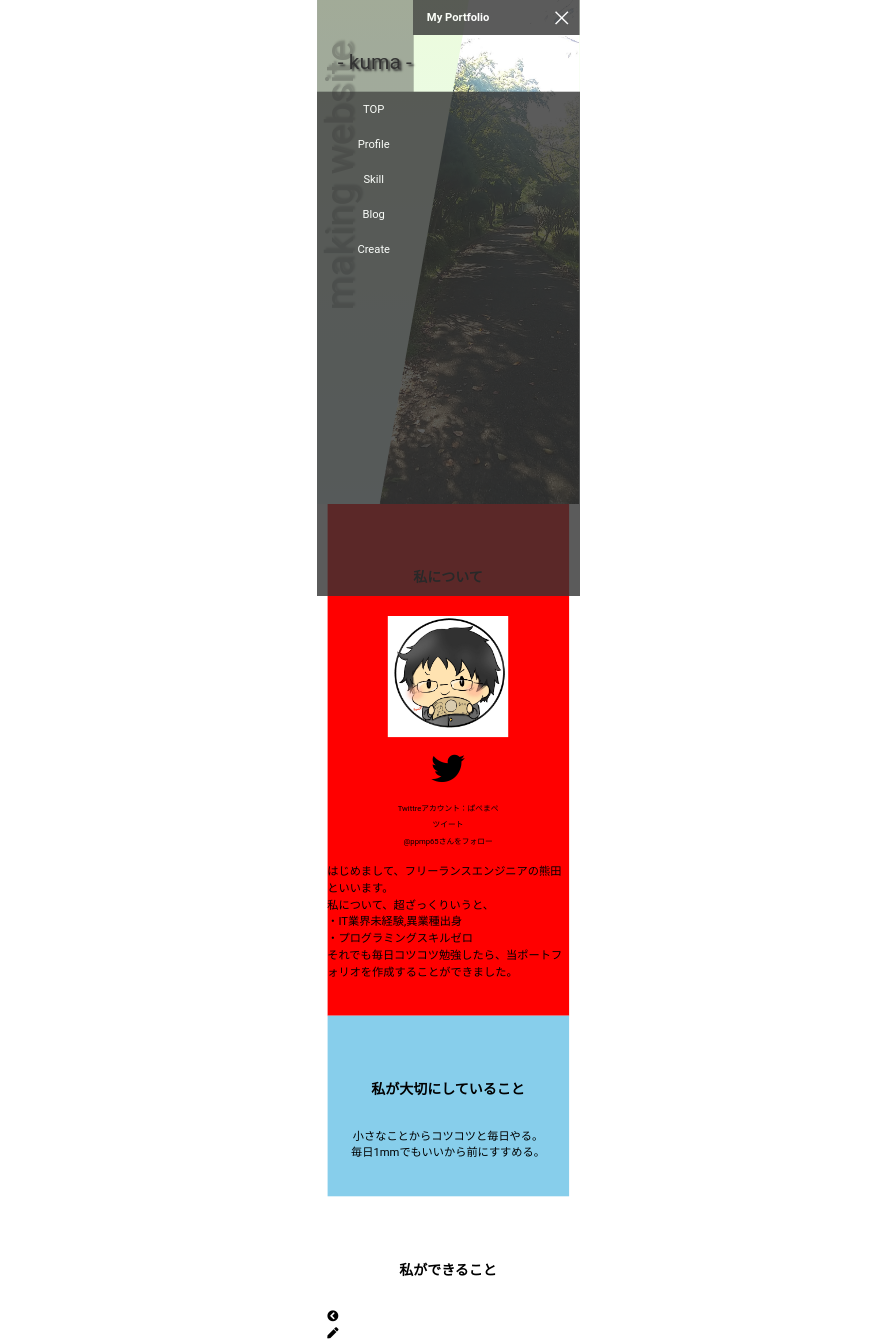
Repository: ppmp556/portfolio6
Page: index copy.html
These files come from the project's save history. The page is drawn as it stood at one moment and after the next save; the edit follows.
The browser window is 1280 px wide. The pictures show the part of the page from y = 0 to 1920 px (the page is 3189 px tall), at 70% of full size.
After loading, the first visible `#nav_toggle` was clicked once.
Some web libraries are served in a nearby version. The style sheet was rebuilt from its Sass, Less or Tailwind sources for each picture, by a compiler version that may differ from the author's.

Above is the page before, as saved 2020-10-13 16:47:07.
Console error: TypeError: Cannot read properties of null (reading 'addEventListener')

### index copy.html
<!DOCTYPE html>
<html ja>
  <head>
    <meta charset="utf-8" />
    <meta
      name="viewport"
      content="width=device-width, initial-scale=1.0, maximum-scale=1.0, minimum-scale=1.0"
    />
    <title>ポートフォリオ</title>
    <link rel="stylesheet" href="css/faundation.css" />
    <link rel="stylesheet" href="css/main.css" />
    <link
      href="https://use.fontawesome.com/releases/v5.6.1/css/all.css"
      rel="stylesheet"
    />
    <script src="https://ajax.googleapis.com/ajax/libs/jquery/3.4.1/jquery.min.js"></script>
  </head>

  <body>
    <div class="container">

      <div class="kv" id="kv">
        <div class="kv_container">
          <img src="images/道.jpg" alt="" class="kv_img">


          <!-- <img src="/images/3566338_s.jpg" alt="" class="kv_img"> -->
          <!-- <img src="/images/3566338_s.jpg" alt="" class="kv_img"> -->
          <!-- <img src="/images/3566338_s.jpg" alt="" class="kv_img"> -->
          <!-- <img src="/images/3566338_s.jpg" alt="" class="kv_img"> -->

          <div class="kv_wrapper line">
            <p class="kv_animetype">
                <!-- ポートフォリオ<span class="line_type">|</span> -->
            </p><!-- /.kv_animetype -->

          </div><!-- /.kv_wrapper -->
        </div><!-- /.kv_container -->
      </div>
      <!-- /#kv.kv -->

      <header class="header" id="top">
        <div class="header_inner flex">
          <h1 class="header_ttl"><a href="index.html">My Portfolio</a></h1>
          <!-- /.header_ttl -->

          <nav class="nav">
            <!-- ハンバーガーメニュー部分 -->

            <div class="nav_ham" id="nav_toggle">
              <span class="nav_line tg1"></span>
              <span class="nav_line tg2"></span>
              <span class="nav_line tg3"></span>
            </div>
            <!-- ハンバーガーメニューここまで -->

            <ul class="nav_list flex">
              <div class="nav_inner">
                <li class="nav_item">
                  <a href="#Top" class="nav_link">TOP</a>
                </li>
                <!-- /.nav_item -->
                <li class="nav_item">
                  <a href="#about" class="nav_link">Profile</a>
                </li>
                <!-- /.nav_item -->
                <li class="nav_item">
                  <a href="#skill" class="nav_link">Skill</a>
                </li>
                <!-- /.nav_item -->
                <li class="nav_item">
                  <a href="#blog" class="nav_link">Blog</a>
                </li>
                <!-- /.nav_item -->
                <li class="nav_item">
                  <a href="#create" class="nav_link">Create</a>
                </li>
                <!-- /.nav_item -->
              </div><!-- /.nav_inner -->
            </ul>
            <!-- /.nav_list -->
          </nav>
          <!-- /.nav -->
        </div><!-- /.header_inner -->
      </header>
      <!-- /.header -->



      <main class="main_container">
        <div class="inner">

          <section class="about" id="about">
            <h2 class="section_ttl">私について</h2>
            <!-- /.section_ttl -->

            <div class="section_inner">
              <div class="about_left">
                <div class="about_imgbox">
                  <img src="images/アイコン.jpg" alt="" class="about_img">
                  <div class="about_share">
                    <a href="" class="about_share_icon">
                      <i class="fab fa-twitter fa-3x share"></i>
                      <p class="about_sharetxt">Twittreアカウント：ぱぺまぺ</p>
                      <!-- /.about_sharetxt --> </a
                    ><!-- /.about_share_icon -->
                      <br>
                    <a
                      href="https://twitter.com/share"
                      class="twitter_share_button"
                      data-via="webgaku"
                      data-lang="ja"
                      >ツイート</a
                    >
                      <br>
                    <a
                      href="https://twitter.com/ppmp65"
                      class="twitter_follow_button"
                      data-show-count="false"
                      data-lang="ja"
                      >@ppmp65さんをフォロー</a
                    >
                  </div>
                  <!-- /.about_share -->
                </div>
                <!-- /.about_imgbox -->
              </div>
              <!-- /.about_left -->

              <div class="about_right">
                <p class="about_txt">
                  はじめまして、フリーランスエンジニアの熊田といいます。<br />
                  私について、超ざっくりいうと、<br />

                  ・IT業界未経験,異業種出身 <br />
                  ・プログラミングスキルゼロ<br />

                  それでも毎日コツコツ勉強したら、当ポートフォリオを作成することができました。
                </p>
                <!-- /.about_txt -->
              </div>
              <!-- /.about_right -->
            </div>
            <!-- /.section_inner -->
          </section>
          <!-- /#about.about -->

          <section class="policy" id="policy">
            <h2 class="section_ttl">私が大切にしていること</h2>
            <!-- /.section_ttl -->

            <div class="policy_animebox">
              <div class="policy_anime">
                <p class="policy_txt">
                  小さなことからコツコツと毎日やる。<br />
                  毎日1mmでもいいから前にすすめる。
                </p>
                <!-- /.policy_txt -->
              </div>
              <!-- /.policy_anime -->
            </div>
            <!-- /.policy_anime -->
          </section>
          <!-- /#policy.policy -->

          <section class="skill" id="skill">
            <div class="scroll_fade_row">
              <h2 class="section_ttl">私ができること</h2>
              <!-- /.section_ttl -->

              <div class="skill_box">
                <div class="skill_content">
                  <div class="slide_btn prev">
                    <i class="fas fa-chevron-circle-left"></i>
                  </div>
                  <!-- /.slide_btn -->

                  <div class="skill_inner">
                    <div class="skill_inbox slide active">
                      <i class="skillIcon fas fa-pen"></i>
                      <p class="skill_inboxttl">執筆</p>
                      <!-- /.skill_inboxttl -->
                      <p class="skill_txt">
                        文章を考えるのが好きです<br />
                        ブログ執筆で毎日1000～2000文字程度<br />
                        書いています。<br />
                        ブログは毎日1日1記事更新。
                      </p>
                      <!-- /.skill_txt -->
                    </div>
                    <!-- /.skill_inbox -->

                    <div class="skill_inbox slide active">
                      <i class="skillIcon fas fa-code"></i>
                      <p class="skill_inboxttl">コーディング</p>
                      <!-- /.skill_inboxttl -->
                      <p class="skill_txt">
                        独学とプログラミングスクール併用<br />
                        全くの知識ゼロから始めました。<br />
                      </p>
                      <!-- /.skill_txt -->
                    </div>
                    <!-- /.skill_inbox -->

                    <div class="skill_inbox slide active">
                      <i class="skillIcon fas fa-pen"></i>
                      <p class="skill_inboxttl">執筆</p>
                      <!-- /.skill_inboxttl -->
                      <p class="skill_txt">
                        文章を考えるのが好きです<br />
                        ブログ執筆で毎日1000～2000文字程度<br />
                        書いています。<br />
                        ブログは毎日1日1記事更新。
                      </p>
                      <!-- /.skill_txt -->
                    </div>
                    <!-- /.skill_inbox -->

                    <div class="skill_inbox slide active">
                      <i class="skillIcon fas fa-cog"></i>
                      <p class="skill_inboxttl">執筆</p>
                      <!-- /.skill_inboxttl -->
                      <p class="skill_txt">
                        文章を考えるのが好きです<br />
                        ブログ執筆で毎日1000～2000文字程度<br />
                        書いています。<br />
                        ブログは毎日1日1記事更新。
                      </p>
                      <!-- /.skill_txt -->
                    </div>
                    <!-- /.skill_inbox -->
                  </div>
                  <!-- /.skill_inner -->
                </div>
                <!-- /.skill_content -->
              </div>
              <!-- /.skill_box -->
            </div>
            <!-- /.scroll_fade_row -->
          </section>
          <!-- /#skill.skill -->

          <section class="blog" id="blog">
            <div class="scroll_fade_row">
              <h2 class="section_ttl">ブログ</h2>
              <!-- /.section_ttl -->

              <div class="section_inner">
                <h3 class="blog_txt">ぱぺまぺの低年収者のための資産運用計画</h3>
                <!-- /.blog_txt -->

                <div class="blog_imgbox">
                  <a href="https://ppmp556.com"
                    >https://ppmp556.com
                    <img
                      class="blogImg"
                      src="images/invest01.png"
                      alt="ブログ1"
                    />
                  </a>
                </div>
                <!-- /.blog_imgbox -->
                <div class="blog_txtbox">
                  <p class="blog_txt">
                    投資ブログです。<br />
                    資金が少なくてもできる投資や、<br />
                    初心者向けの投資、投資についての考え方や<br />
                    ヒントなどを発信しています。（1日1記事更新）
                  </p>
                  <!-- /.blog_txt -->
                </div>
                <!-- /.blog_txtbox -->
              </div>
              <!-- /.section_inner -->
            </div>
            <!-- /.scroll_fade_row -->
          </section>
          <!-- /#blog.blog -->

          <section class="create" id="create">
            <div class="scroll_fade_row">
              <h2 class="section_ttl">制作物</h2>
              <!-- /.section_ttl -->
              <div class="section_inner">
                <div class="create_imgbox">
                  <p class="create_ttl">ポートフォリオ<br />（このサイト）</p>
                  <!-- /.create_ttl -->

                  <!-- アコーディオンメニュー実装する -->
                </div>
                <!-- /.create_imgbox -->
              </div>
              <!-- /.section_inner -->
            </div>
            <!-- /.scroll_fade_row -->
          </section>
          <!-- /#create.create -->
        </div>
        <!-- /.inner -->
      </main>

      <footer class="footer">
        <ul class="footer_list">
          <li class="footer_nav">
            <a href="" class="footer_link"></a>
          </li>
          <!-- /.footer_nav -->
          <li class="footer_nav">
            <a href="" class="footer_link"></a>
          </li>
          <!-- /.footer_nav -->
          <li class="footer_nav">
            <a href="" class="footer_link"></a>
          </li>
          <!-- /.footer_nav -->
          <li class="footer_nav">
            <a href="" class="footer_link"></a>
          </li>
          <!-- /.footer_nav -->
          <li class="footer_nav">
            <a href="" class="footer_link"></a>
          </li>
          <!-- /.footer_nav -->
        </ul>
        <!-- /.footer_list -->

        <div class="footer_copy">
          <small class="footer_txt">@ copyright</small
          ><!-- /.footer_txt -->
        </div>
        <!-- /.footer_copy -->
      </footer>
      <!-- /.footer -->
    </div>
    <!-- /.container -->

    <!-- <btn id="page-top"><a href="#top">PAGE TOP</a></btn> -->
    <script src="https://code.jquery.com/jquery-3.4.1.js"></script>
    <script src="main.js"></script>
  </body>
</html>

### css/faundation.css
/*
html5doctor.com Reset Stylesheet
v1.6.1
Last Updated: 2010-09-17
Author: Richard Clark - http://richclarkdesign.com
Twitter: @rich_clark
*/

html,
body,
div,
span,
object,
iframe,
h1,
h2,
h3,
h4,
h5,
h6,
p,
blockquote,
pre,
abbr,
address,
cite,
code,
del,
dfn,
em,
img,
ins,
kbd,
q,
samp,
small,
strong,
sub,
sup,
var,
b,
i,
dl,
dt,
dd,
ol,
ul,
li,
fieldset,
form,
label,
legend,
table,
caption,
tbody,
tfoot,
thead,
tr,
th,
td,
article,
aside,
canvas,
details,
figcaption,
figure,
footer,
header,
hgroup,
menu,
nav,
section,
summary,
time,
mark,
audio,
video {
  margin: 0;
  padding: 0;
  border: 0;
  outline: 0;
  font-size: 100%;
  vertical-align: baseline;
  background: transparent;
}

body {
  line-height: 1.5;
}

article,
aside,
details,
figcaption,
figure,
footer,
header,
hgroup,
menu,
nav,
section {
  display: block;
}

nav ul {
  list-style: none;
}

table {
  border-collapse: collapse;
  border-spacing: 0;
}


a {
  color: inherit;
  text-decoration: none;
}


img {
  width: 100%;

  /*画像がはみでるのを防ぐ　max-width*/
  max-width: 100%;
  height: auto;

  vertical-align: bottom;
}

/* h1,h2,h3,h4,h5,h6 { */
/* font-weight: bold; */
/* } */

### css/main.scss
@charset 'utf-8';

/****************************************:

全体のスタイル

*****************************************:*/


$cWhite: #ffffff;
$cOcher: #c1a250;
$cBlack: #333;
$cGray: rgb(139, 137, 137);
$cBgColor: #eaebed;


$widthPc: 1024px;
$widthTab: 764px;
$widthSp: 480px;

@mixin fontsize($cFontSz: 3.6rem) {
    font-size: $cFontSz;
    color: $cWhite;
}





@mixin pc {
    @media screen and (min-width: $widthPc) {
        @content;
    }
}


@mixin tab {
    @media screen and (min-width: $widthTab) and (max-width: $widthPc) {
        @content;
    }
}



html {
    // ルートのフォントサイズ 10pxに設定
    font-size: 62.5%;
}

body {
    // デフォルトのフォントサイズ 16pxと同等のサイズに設定
    font-size: 1.6em;
    font-size: 16px;
    width: 375px;
    margin: 0 auto;
    font-family: "Roboto", sans-serif, "Noto Sans";
}


* {
    box-sizing: border-box;
}


.overall {
    font-family: "Yu Gothic", YuGothic, "Hiragino Kaku Gothic Pro", "YuGothic",
        "Meiryo", verdana, "Osaka", "MS PGothic", Sans-Serif, "Yu Mincho",
        YuMincho, "MS P Mincho", serif;

    background-color: $cBgColor;
}

.container {
    width: 100%;
    margin: 0 auto;
    // color: $cWhite;
    position: relative;
    overflow: hidden;
}



.mock {
    /* モック画像 */
    position: absolute;
    top: 0;
    left: 0;
    right: 0;
    margin: 0 auto;
    width: 375px;
    opacity: 0.3;

    /* 反転 */
    filter: hue-rotate(180deg);

    /* テキストを掴まないように */
    pointer-events: none;

    z-index: 999;
}



.flex {
    display: flex;
    justify-content: space-between;
}

.inner {
    margin: 0 auto;
    padding: 0 15px;
}

.section_ttl {
    display: block;
    text-align: center;
    margin: 40px 0;
    font-size: 2rem;
}

/****************************************:

kv

*****************************************:*/

.kv {
    position: relative;
    // background-color: red;
    background: linear-gradient(rgba(231, 251, 210, 0.762), rgba(202, 240, 240, 0.5));

    &_container {
        height: 100vh;

        clip-path: polygon(58% 0, 100% 0, 100% 100%, 24% 100%);



    }

    &::before {
        content: '- kuma -';

        position: absolute;
        top: 65px;
        left: 30px;
        font-size: 3rem;
        color: $cBlack;
        text-shadow: 3px 3px 3px $cBlack;
    }

    &::after {
        content: 'making website';
        position: absolute;
        top: 210px;
        left: -160px;
        font-size: 5.5rem;
        transform: rotate(-90deg);
        color: $cBlack;
        text-shadow: 3px 3px 3px $cBlack;
        opacity: .3;
    }

    &_ttl {
        color: $cBlack;
        font-size: 5rem;
    }


    &_img {
        width: 100%;
        height: 100vh;
        display: block;

    }

    &_wrapper {
        position: absolute;
        top: 50%;
        left: 50%;
        transform: translate(-50%, -50%);
    }

    &_animetype {
        color: $cWhite;
    }


}


/****************************************:
タイプアニメーション
*****************************************:*/


.line {
    // position: relative;
    top: 50%;
    width: 24em;
    text-align: center;
    margin: 0 auto;
    font-size: 100%;
    white-space: nowrap;
    overflow: hidden;
    animation: type 2.5s steps(80, end);
    animation: typewriter 4s steps(60) 1s 1 normal both,
    /* normal:標準の方向で実行、both:forwardsとbackwardsの両方の規定に従う */
    blinkTextCursor 500ms steps(60) infinite normal;

    &_type {
        font-size: 25px;
        animation: blink 1s infinite;
        /* blink:点滅、infinite:無限に繰り返す */
    }
}



@keyframes type {
    from { width: 0; }
    to   {width: 100%; }
}


@keyframes blink {
    to{opacity: .0;}
}


@keyframes typewriter {
    from { width: 0; }
    to { width: 24em; }
}

@keyframes blinkTextCursor{/*点滅するカーソルのアニメーション*/
    from { border-right-color: $cWhite; }
    to { border-right-color: transparent; }
}


















/****************************************:

header

*****************************************:*/

.header {
    position: absolute;
    top: 0;
    left: 0;
    width: 100%;
    background-color: $cBlack;
    opacity: 0.8;
    padding: 0 20px;
    line-height: 50px;
    color: $cWhite;
    z-index: 99;

    &.clicked {
        background-color: transparent;
    }

    &_inner.clicked {
        width: 85%;
        padding: 0 20px;
        margin-left: 35%;
        // background-color: red;
        background-color:$cBlack;
        transition: .3s;
    }
}









/****************************************:

nav

*****************************************:*/

.nav {
    position: relative;

    &::before {
        content: '';
        position: absolute;
        top: 0;
        left: -560px;
        background-color: $cBlack;
        opacity: .5;
        width: 140px;
        height: 100vh;
    }

    &.clicked::before {
                content: '';
                position: absolute;
                top: 0;
                left: -404px;
                background-color: $cBlack;
                opacity: .5;
                width: 140px;
                height: 100vh;
                transition: .8s;
    }



    &_list {
        position: absolute;
        right: -1000px;
        // right: -5vw;
        display: flex;
        flex-direction: column;

        &.clicked {
            right: -5vw;
            transition: .6s;
        }


    }

    &_inner {
        background-color: $cBlack;
        // background-color: red;
        // height: 88.9vh;
        height: 100vh;
        width: 60.1vw;
        margin-top: 17%;

    }

    // ハンバーガーメニュー
    &_ham {
        cursor: pointer;
        position: absolute;
        top: 50%;
        right: 0;
        transform: translateY(-50%);
        // background-color: #ffffff;
        width: 25px;
        height: 25px;
        z-index: 100;

        &.clicked {
            right: 40px;
        }
    }

    &_line {
        position: absolute;
        width: 100%;
        height: 2px;
        background-color: $cWhite;

        &:nth-child(1) {
            top: 0px;
            // left: -5px;

        }

        &:nth-child(2) {
            top: 8px;
            // left: 5px;
        }

        &:nth-child(3) {
            top: 16px;
            /* left: -5px; */
        }

        &.clicked:nth-child(1) {
            transform: translateY(12px) rotate(-315deg);
            transition: .5s;

        }
        &.clicked:nth-child(2) {
            left: 0;
            transition: .9s;
            opacity: 0;

        }
        &.clicked:nth-child(3) {
            transform: translateY(-4px) rotate(315deg);
            transition: .5s;

        }




    }

    &_item {
        text-align: center;
    }


}




/****************************************:

about

*****************************************:*/

.about {
    padding: 50px 0;
    background-color: red;

    &_imgbox {
        width: 50%;
        margin: 0 auto;
    }

    &_img {
        display: block;
        width: 100%;
        height: 100%;
    }

    &_share {
        text-align: center;

        &_icon {
            width: 100%;
        }
    }
    &_sharetxt {
        display: inline-block;
        font-size: 1.1rem;
    }

    &_left {
        margin: 20px 0;
    }
}

.share {
    padding: 20px 0;

    &:hover {
        margin-bottom: 5px;
    }
}

.twitter {

    &_share_button {
        font-size: 1.1rem;
    }

    &_follow_button {
        font-size: 1.1rem;
    }
}

.fa-twitter {
    font-size: 2rem;
}

/****************************************:

policy

*****************************************:*/

.policy {
    padding: 50px 0;
    background-color: skyblue;
    margin: 0 auto;

    &_txt {
        text-align: center;

    }
}









/****************************************:

skill

*****************************************:*/


.skill {
    padding: 50px 0;
}

Loaded but not shown: main.js (198 lines, source omitted)

After the next save:
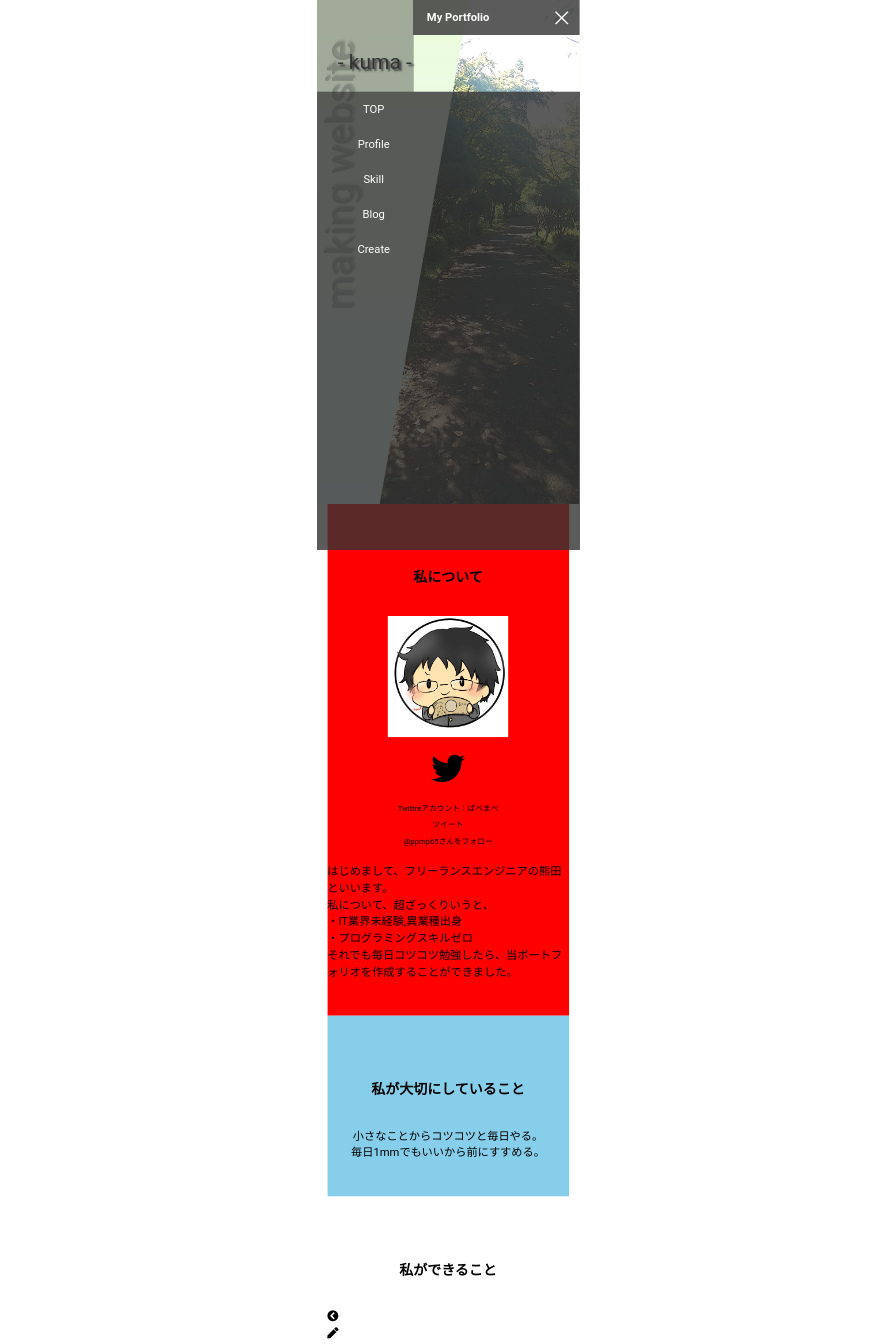
Saved 92 s later.
--- a/css/main.scss
+++ b/css/main.scss
@@ -348,7 +348,7 @@ nav
         background-color: $cBlack;
         // background-color: red;
         // height: 88.9vh;
-        height: 100vh;
+        height: 91vh;
         width: 60.1vw;
         margin-top: 17%;
 
